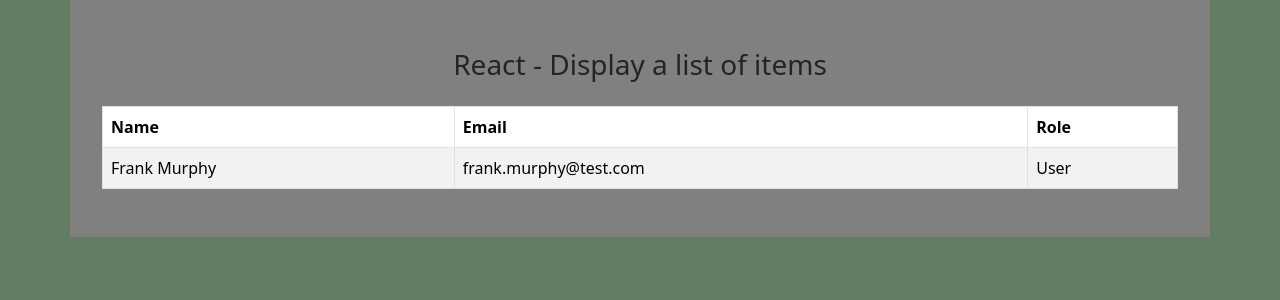
Repository: ryangen97/TT4_Group12
Page: / (app in dbsseed/)
The author's editor kept a copy of each file at every save. The page is drawn from the files as they stood at one save, then again after the next save.
The browser window is 1280 px wide. The pictures show the whole page.
The project was rebuilt for these pictures with package versions that can differ from the ones it lists, and the page was loaded fresh each time. Also part of the build but not shown: dbsseed/src/Login.js.

Above is the page before, as saved 2021-05-07 12:33:43.

After the next save:
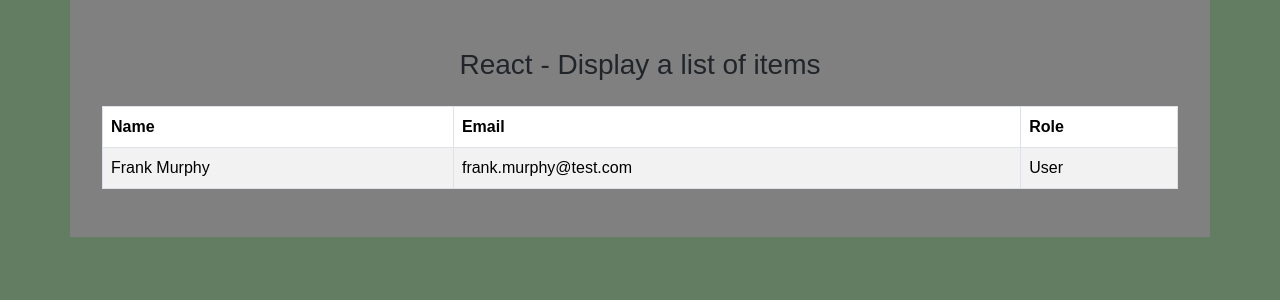
Saved 25 s later.
--- a/dbsseed/src/App.css
+++ b/dbsseed/src/App.css
@@ -46,3 +46,25 @@
   background-color: white;
   padding: .5rem;
 }
+
+.cf:before,
+.cf:after {
+    content: " "; /* 1 */
+    display: table; /* 2 */
+}
+
+.cf:after {
+    clear: both;
+}
+
+/**
+ * For IE 6/7 only
+ * Include this rule to trigger hasLayout and contain floats.
+ */
+.cf {
+    *zoom: 1;
+}
+
+body{
+	font-family: sans-serif;
+}
